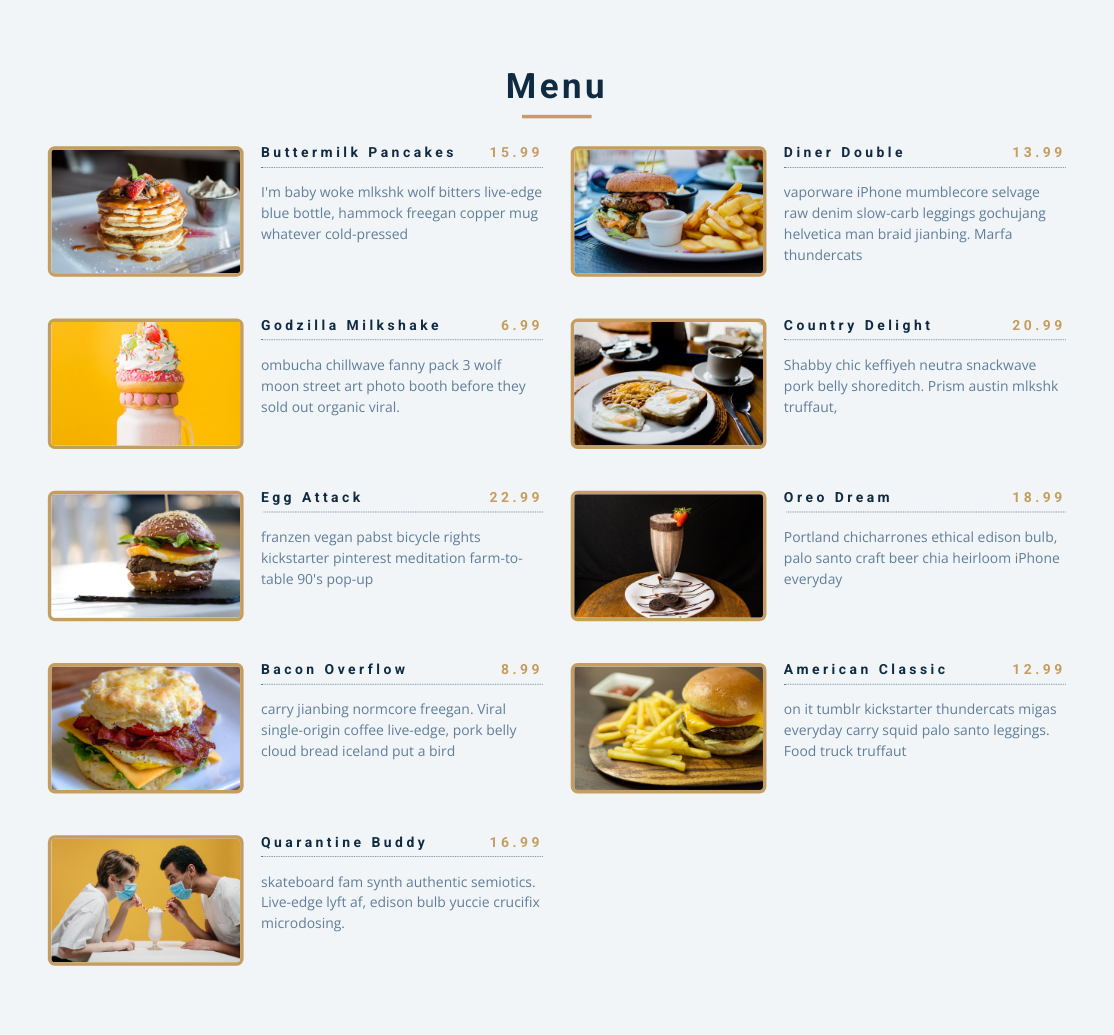
Repository: spidero7/Menu
Page: index.html
The author's editor kept a copy of each file at every save. The page is drawn from the files as they stood at one save, then again after a run of saves.
The browser window is 1280 px wide. The pictures show the whole page, at 87% of full size.
Some web libraries are served in a nearby version.

Above is the page before, as saved 2021-10-02 07:29:44.

### index.html
<!DOCTYPE html>
<html lang="en">
<head>
    <meta charset="UTF-8">
    <meta http-equiv="X-UA-Compatible" content="IE=edge">
    <meta name="viewport" content="width=device-width, initial-scale=1.0">
    <title>Menu</title>
    <link rel="stylesheet" href="style.css">
    <link
      rel="stylesheet"
      href="https://cdnjs.cloudflare.com/ajax/libs/font-awesome/5.14.0/css/all.min.css"
    />
</head>
<body>
    <section class="menu">
        <div class="title">
            <h2>Menu</h2>
            <div class="underline"></div>
        </div>

        <div class="section-center">
            <article class="menu-item">
                <img src="menu-item.jpeg" class="photo" alt="menu-item">
                <div class="item-info">
                    <header>
                        <h4>Buttermilk pancakes</h4>
                        <h4 class="price">$15</h4>
                    </header>
                    <p class="item-text">Lorem ipsum dolor sit amet consectetur adipisicing elit. Nisi dolorum quasi tempore rerum voluptatem harum ad quisquam provident, ducimus officiis asperiores. Aut, aliquid veniam tempora tempore quisquam atque. Saepe, suscipit!</p>
                </div>
            </article>
        </div>
    </section>
    <script src="app.js"></script>
</body>
</html>

### style.css
/*
===============
Fonts
===============
*/
@import url("https://fonts.googleapis.com/css?family=Open+Sans|Roboto:400,700&display=swap");

/*
===============
Variables
===============
*/

:root {
  /* dark shades of primary color*/
  --clr-primary-1: hsl(205, 86%, 17%);
  --clr-primary-2: hsl(205, 77%, 27%);
  --clr-primary-3: hsl(205, 72%, 37%);
  --clr-primary-4: hsl(205, 63%, 48%);
  /* primary/main color */
  --clr-primary-5: #49a6e9;
  /* lighter shades of primary color */
  --clr-primary-6: hsl(205, 89%, 70%);
  --clr-primary-7: hsl(205, 90%, 76%);
  --clr-primary-8: hsl(205, 86%, 81%);
  --clr-primary-9: hsl(205, 90%, 88%);
  --clr-primary-10: hsl(205, 100%, 96%);
  /* darkest grey - used for headings */
  --clr-grey-1: hsl(209, 61%, 16%);
  --clr-grey-2: hsl(211, 39%, 23%);
  --clr-grey-3: hsl(209, 34%, 30%);
  --clr-grey-4: hsl(209, 28%, 39%);
  /* grey used for paragraphs */
  --clr-grey-5: hsl(210, 22%, 49%);
  --clr-grey-6: hsl(209, 23%, 60%);
  --clr-grey-7: hsl(211, 27%, 70%);
  --clr-grey-8: hsl(210, 31%, 80%);
  --clr-grey-9: hsl(212, 33%, 89%);
  --clr-grey-10: hsl(210, 36%, 96%);
  --clr-white: #fff;
  --clr-red-dark: hsl(360, 67%, 44%);
  --clr-red-light: hsl(360, 71%, 66%);
  --clr-green-dark: hsl(125, 67%, 44%);
  --clr-green-light: hsl(125, 71%, 66%);
  --clr-gold: #c59d5f;
  --clr-black: #222;
  --ff-primary: "Roboto", sans-serif;
  --ff-secondary: "Open Sans", sans-serif;
  --transition: all 0.3s linear;
  --spacing: 0.25rem;
  --radius: 0.5rem;
  --light-shadow: 0 5px 15px rgba(0, 0, 0, 0.1);
  --dark-shadow: 0 5px 15px rgba(0, 0, 0, 0.2);
  --max-width: 1170px;
  --fixed-width: 620px;
}
/*
===============
Global Styles
===============
*/

*,
::after,
::before {
  margin: 0;
  padding: 0;
  box-sizing: border-box;
}
body {
  font-family: var(--ff-secondary);
  background: var(--clr-grey-10);
  color: var(--clr-grey-1);
  line-height: 1.5;
  font-size: 0.875rem;
}
ul {
  list-style-type: none;
}
a {
  text-decoration: none;
}
img:not(.logo) {
  width: 100%;
}
img {
  display: block;
}

h1,
h2,
h3,
h4 {
  letter-spacing: var(--spacing);
  text-transform: capitalize;
  line-height: 1.25;
  margin-bottom: 0.75rem;
  font-family: var(--ff-primary);
}
h1 {
  font-size: 3rem;
}
h2 {
  font-size: 2rem;
}
h3 {
  font-size: 1.25rem;
}
h4 {
  font-size: 0.875rem;
}
p {
  margin-bottom: 1.25rem;
  color: var(--clr-grey-5);
}
@media screen and (min-width: 800px) {
  h1 {
    font-size: 4rem;
  }
  h2 {
    font-size: 2.5rem;
  }
  h3 {
    font-size: 1.75rem;
  }
  h4 {
    font-size: 1rem;
  }
  body {
    font-size: 1rem;
  }
  h1,
  h2,
  h3,
  h4 {
    line-height: 1;
  }
}
/*  global classes */

.btn {
  text-transform: uppercase;
  background: transparent;
  color: var(--clr-black);
  padding: 0.375rem 0.75rem;
  letter-spacing: var(--spacing);
  display: inline-block;
  transition: var(--transition);
  font-size: 0.875rem;
  border: 2px solid var(--clr-black);
  cursor: pointer;
  box-shadow: 0 1px 3px rgba(0, 0, 0, 0.2);
  border-radius: var(--radius);
}
.btn:hover {
  color: var(--clr-white);
  background: var(--clr-black);
}
/* section */
.section {
  padding: 5rem 0;
}

main {
  min-height: 100vh;
  display: grid;
  place-items: center;
}
/*
===============
Menu
===============
*/

.menu {
  padding: 5rem 0;
}
.title {
  text-align: center;
  margin-bottom: 2rem;
}
.underline {
  width: 5rem;
  height: 0.25rem;
  background: var(--clr-gold);
  margin-left: auto;
  margin-right: auto;
}
.btn-container {
  margin-bottom: 4rem;
  display: flex;
  justify-content: center;
}
.filter-btn {
  background: transparent;
  border-color: var(--clr-gold);
  font-size: 1rem;
  text-transform: capitalize;
  margin: 0 0.5rem;
  letter-spacing: 1px;
  border-radius: var(--radius);
  padding: 0.375rem 0.75rem;
  color: var(--clr-gold);
  cursor: pointer;
  transition: var(--transition);
}
.filter-btn:hover {
  background: var(--clr-gold);
  color: var(--clr-white);
}
.section-center {
  width: 90vw;
  margin: 0 auto;
  max-width: 1170px;
  display: grid;
  gap: 3rem 2rem;
  justify-items: center;
}
.menu-item {
  display: grid;
  gap: 1rem 2rem;
  max-width: 25rem;
}
.photo {
  object-fit: cover;
  height: 200px;
  border: 0.25rem solid var(--clr-gold);
  border-radius: var(--radius);
}
.item-info header {
  display: flex;
  justify-content: space-between;
  border-bottom: 0.5px dotted var(--clr-grey-5);
}
.item-info h4 {
  margin-bottom: 0.5rem;
}
.price {
  color: var(--clr-gold);
}
.item-text {
  margin-bottom: 0;
  padding-top: 1rem;
}

@media screen and (min-width: 768px) {
  .menu-item {
    grid-template-columns: 225px 1fr;
    gap: 0 1.25rem;
    max-width: 40rem;
  }
  .photo {
    height: 175px;
  }
}
@media screen and (min-width: 1200px) {
  .section-center {
    width: 95vw;
    grid-template-columns: 1fr 1fr;
  }
  .photo {
    height: 150px;
  }
}

### app.js
const menu = [
  {
    id: 1,
    title: "buttermilk pancakes",
    category: "breakfast",
    price: 15.99,
    img: "./images/item-1.jpeg",
    desc: `I'm baby woke mlkshk wolf bitters live-edge blue bottle, hammock freegan copper mug whatever cold-pressed `,
  },
  {
    id: 2,
    title: "diner double",
    category: "lunch",
    price: 13.99,
    img: "./images/item-2.jpeg",
    desc: `vaporware iPhone mumblecore selvage raw denim slow-carb leggings gochujang helvetica man braid jianbing. Marfa thundercats `,
  },
  {
    id: 3,
    title: "godzilla milkshake",
    category: "shakes",
    price: 6.99,
    img: "./images/item-3.jpeg",
    desc: `ombucha chillwave fanny pack 3 wolf moon street art photo booth before they sold out organic viral.`,
  },
  {
    id: 4,
    title: "country delight",
    category: "breakfast",
    price: 20.99,
    img: "./images/item-4.jpeg",
    desc: `Shabby chic keffiyeh neutra snackwave pork belly shoreditch. Prism austin mlkshk truffaut, `,
  },
  {
    id: 5,
    title: "egg attack",
    category: "lunch",
    price: 22.99,
    img: "./images/item-5.jpeg",
    desc: `franzen vegan pabst bicycle rights kickstarter pinterest meditation farm-to-table 90's pop-up `,
  },
  {
    id: 6,
    title: "oreo dream",
    category: "shakes",
    price: 18.99,
    img: "./images/item-6.jpeg",
    desc: `Portland chicharrones ethical edison bulb, palo santo craft beer chia heirloom iPhone everyday`,
  },
  {
    id: 7,
    title: "bacon overflow",
    category: "breakfast",
    price: 8.99,
    img: "./images/item-7.jpeg",
    desc: `carry jianbing normcore freegan. Viral single-origin coffee live-edge, pork belly cloud bread iceland put a bird `,
  },
  {
    id: 8,
    title: "american classic",
    category: "lunch",
    price: 12.99,
    img: "./images/item-8.jpeg",
    desc: `on it tumblr kickstarter thundercats migas everyday carry squid palo santo leggings. Food truck truffaut  `,
  },
  {
    id: 9,
    title: "quarantine buddy",
    category: "shakes",
    price: 16.99,
    img: "./images/item-9.jpeg",
    desc: `skateboard fam synth authentic semiotics. Live-edge lyft af, edison bulb yuccie crucifix microdosing.`,
  },
];

const sectionCenter = document.querySelector('.section-center');

window.addEventListener("DOMContentLoaded", function () {
 displayMenuItems(menu);
});

function displayMenuItems(menuItems) {
  let displayMenu = menuItems.map(function (item) {
    return `<article class="menu-item">
    <img src=${item.img} class="photo" alt=${item.title}>
    <div class="item-info">
        <header>
            <h4>${item.title}</h4>
            <h4 class="price">${item.price}</h4>
        </header>
        <p class="item-text">${item.desc}</p>
    </div>
</article>`;
  });
  displayMenu = displayMenu.join("");
  sectionCenter.innerHTML = displayMenu
}

After the next 2 saves:
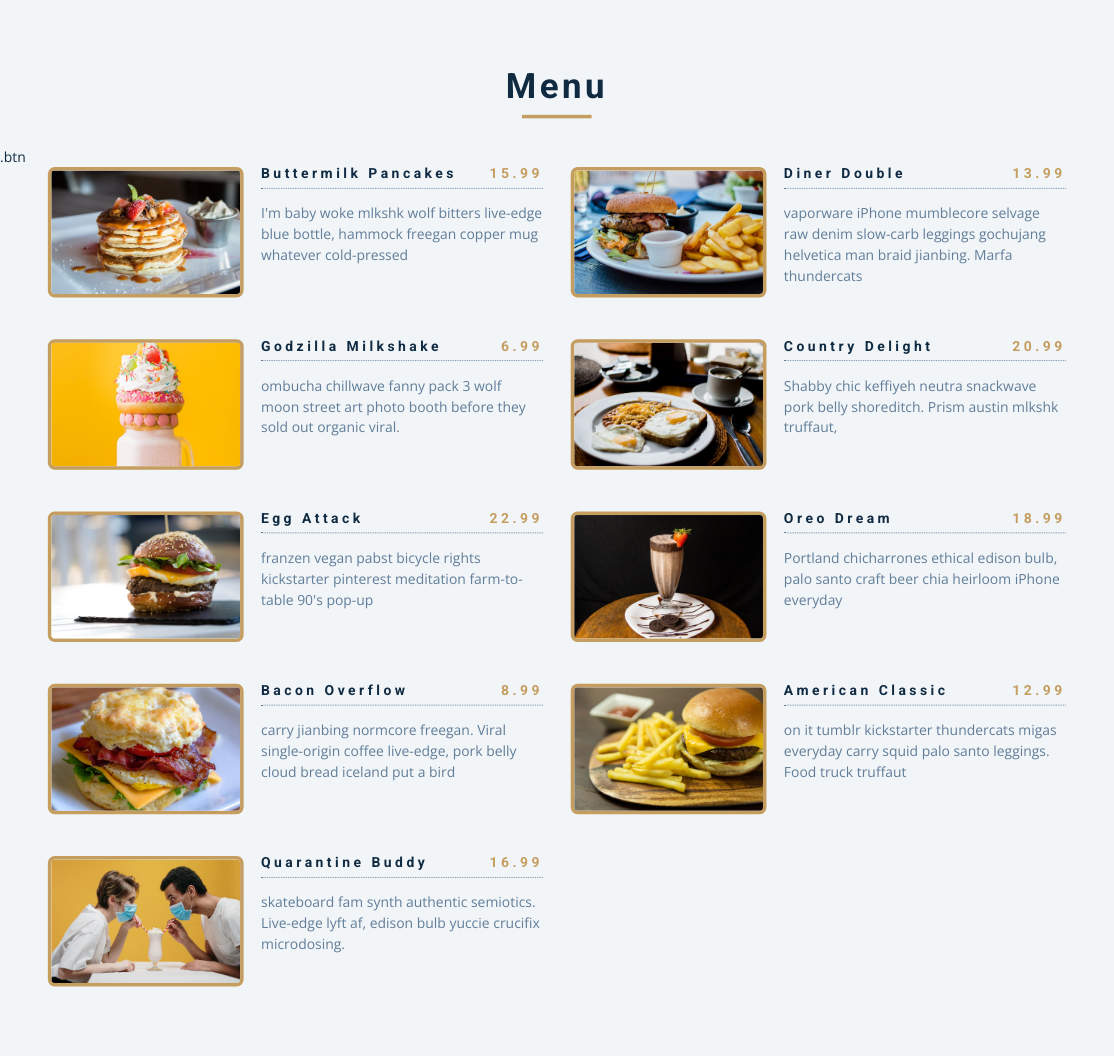
The 2 saves are shown as one change because they came seconds apart.
The last was saved 12 s later.
--- a/index.html
+++ b/index.html
@@ -17,7 +17,7 @@
             <h2>Menu</h2>
             <div class="underline"></div>
         </div>
-
+        .btn
         <div class="section-center">
             <article class="menu-item">
                 <img src="menu-item.jpeg" class="photo" alt="menu-item">
